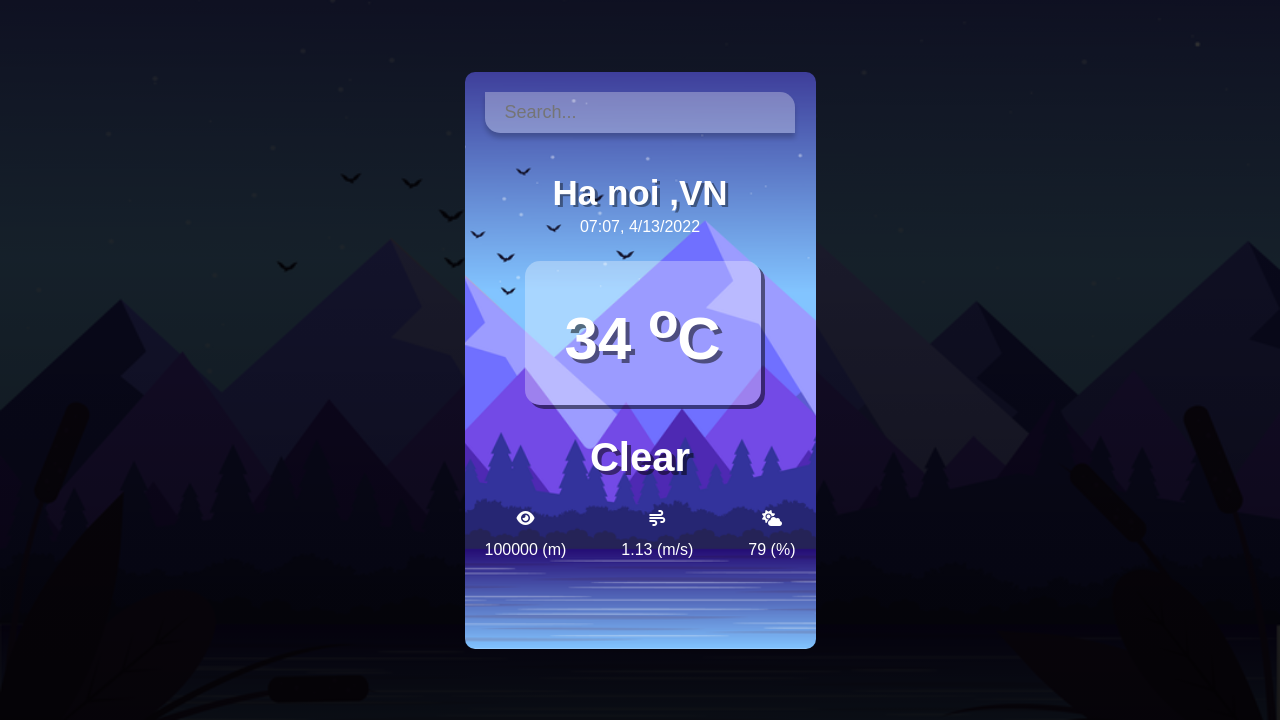
Repository: nganha241/weather-app
Page: index.html
An editor plug-in stored every save of this project. The page is shown before and after the next save, followed by the edit.
The browser window is 1280 px wide. The pictures show the whole page.
The page's requests for data from a server got no answer. Some web libraries are served in a nearby version.

Above is the page before, as saved 2022-04-14 09:28:43.

After the next save:
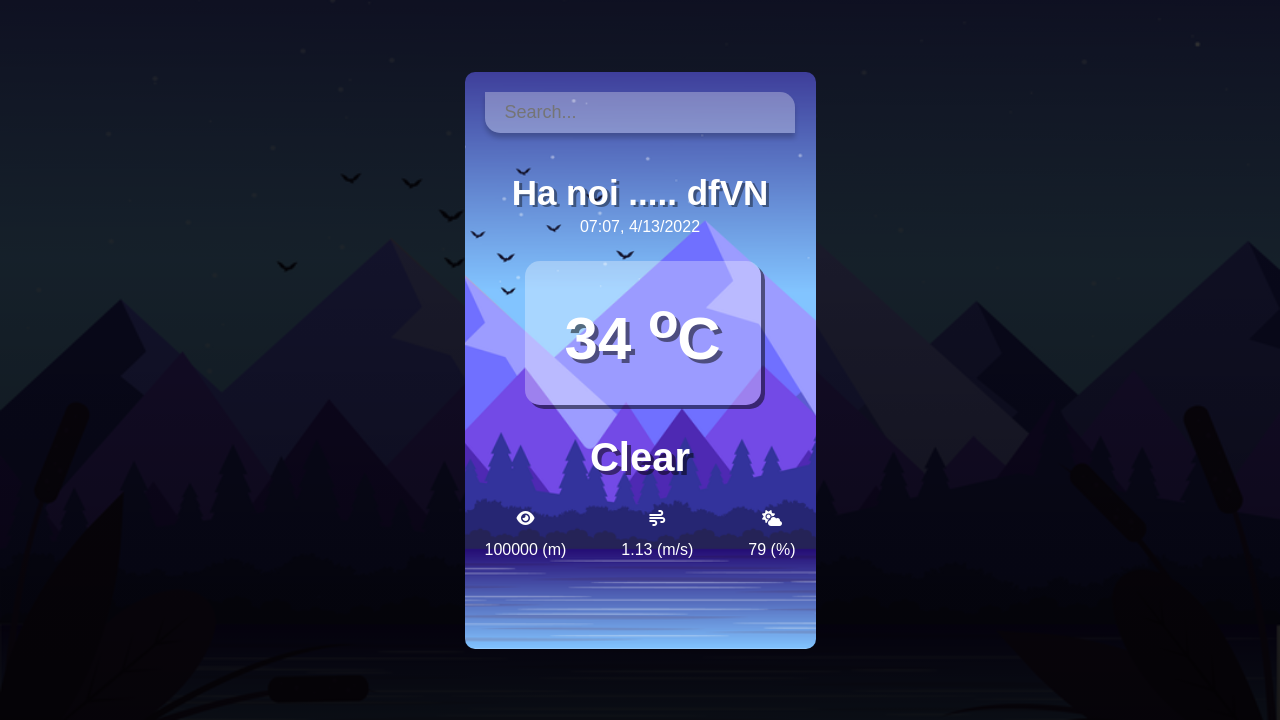
Saved 15 s later.
--- a/index.html
+++ b/index.html
@@ -14,7 +14,7 @@
       </div>
       <div class="content">
         <div class="capital">
-          <li class="city">Ha noi <span>,</span></li>
+          <li class="city">Ha noi ..... df</li>
           <li class="country">VN</li>
         </div>
 
